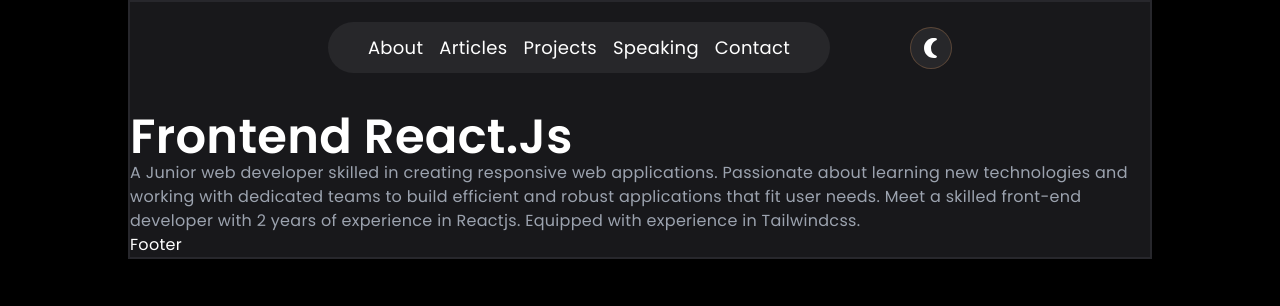
Repository: Wafaabahgat/Portfolio
Page: /
The author's editor kept a copy of each file at every save. The page is drawn from the files as they stood at one save, then again after a run of saves.
The browser window is 1280 px wide. The pictures show the whole page.
The project was rebuilt for these pictures with package versions that can differ from the ones it lists, and the page was loaded fresh each time. Also part of the build but not shown: vite.config.ts, src/App.css, src/ErrorPage.tsx.

Above is the page before, as saved 2023-12-08 03:07:03.

### index.html
<!DOCTYPE html>
<html lang="en">
  <head>
    <meta charset="UTF-8" />
    <link rel="icon" type="image/svg+xml" href="/vite.svg" />
    <meta name="viewport" content="width=device-width, initial-scale=1.0" />
    <link rel="preconnect" href="https://fonts.googleapis.com" />
    <link rel="preconnect" href="https://fonts.gstatic.com" crossorigin />
    <link
      href="https://fonts.googleapis.com/css2?family=Poppins:wght@200;300;400;500;600;700;800&display=swap"
      rel="stylesheet"
    />
    <title>My Portfilio</title>
  </head>
  <body>
    <div id="root"></div>
    <script type="module" src="/src/main.tsx"></script>
  </body>
</html>

### src/main.tsx
import { RouterProvider } from "react-router-dom";
import ReactDOM from "react-dom/client";
import "./index.css";
import router from "./App";

ReactDOM.createRoot(document.getElementById("root")!).render(
  <RouterProvider router={router} />
);

### src/index.css
@tailwind base;
@tailwind components;
@tailwind utilities;

* {
  font-family: "Poppins", sans-serif;
  letter-spacing: 0.3px;
}

:root {
  --primary: #000;
  --secondary: rgb(24 24 27);
  --border: rgb(63, 63, 70, 0.4);
}
.light {
  --primary: #fff;
}

body {
  background-color: var(--primary);
  color: #fff;
}

html {
  /* max-width: 2000px; */
  margin: 0;
  padding: 0;
}

.container {
  width: 80%;
  margin-left: auto;
  margin-right: auto;
  background-color: var(--secondary);
  border: 2px solid var(--border);
}
.line {
  border: 1px solid var(--border);
  margin: 1rem 0;
}

li {
  list-style: none;
}
a {
  text-decoration: none;
  transition: 0.3;
}
.border-li:last-child {
  border: none;
}

### src/App.tsx
import "./App.css";
import { createBrowserRouter } from "react-router-dom";
// import Root from "@pages/root";
import Root from "./pages/root";

import { Home } from "./pages/index";
import ErrorPage from "./ErrorPage";

const router = createBrowserRouter([
  {
    path: "/",
    element: <Root />,
    errorElement: <ErrorPage />,
    children: [
      {
        index: true,
        path: "/",
        element: <Home />,
      },
    ],
  },
]);

export default router;

### src/pages/root.tsx
import { Outlet } from "react-router-dom";
import Header from "../components/layouts/Header";
import Footer from "../components/layouts/Footer";

const Root = () => {
  return (
    <div className="container">
      <Header />
      <Outlet />
      <Footer />
    </div>
  );
};

export default Root;

### src/components/layouts/Header.tsx
import { FC, useState } from "react";
import { MdNightlightRound } from "react-icons/md";
import { SlMenu } from "react-icons/sl";
import { IoMdClose } from "react-icons/io";

interface HeaderProps {}

const links = [
  {
    href: "/about",
    name: "about",
  },
  {
    href: "/articles",
    name: "articles",
  },
  {
    href: "/projects",
    name: "projects",
  },
  {
    href: "/speaking",
    name: "speaking",
  },
  {
    href: "/contact",
    name: "contact",
  },
];

const Header: FC<HeaderProps> = () => {
  const [showMenu, setShowMenu] = useState(false);

  return (
    <>
      <div className="mt-5">
        <div className="flex items-center justify-center md:gap-20 gap-4">
          <nav className="">
            <ul className="md:flex hidden py-3 gap-4 px-10 bg-bg-header rounded-full ">
              {links?.map((e, i) => (
                <li
                  key={i}
                  className="capitalize md:text-[18px] text-[14px] mx-auto hover:text-main-light hover:text-[20px]"
                >
                  <a href={e?.href}>{e?.name}</a>
                </li>
              ))}
            </ul>
          </nav>
          <button
            onClick={() => {
              setShowMenu(true);
            }}
            className="flex md:hidden text-xl border-border-menu border justify-center items-center bg-bg-header rounded-full w-[42px] h-[42px]"
          >
            <SlMenu className="" />
          </button>
          <div className="bg-bg-header text-2xl cursor-pointer border border-border-menu rounded-full w-[42px] h-[42px] flex items-center justify-center">
            <MdNightlightRound />
          </div>
        </div>
        {showMenu && (
          <div className="fixed py-3 z-11 inset-0 max-w-[85%] max-h-[48%] mt-10 bg-bg-menu mx-auto rounded-2xl">
            <span className="flex justify-end mr-4">
              <button
                onClick={() => {
                  setShowMenu(false);
                }}
                className="bg-white text-lg hover:translate-x-2 text-bg-header rounded-sm p-1"
              >
                <IoMdClose />
              </button>
            </span>
            <ul className="">
              {links?.map((e, i) => (
                <li
                  key={i}
                  className="capitalize text-[20px] text-start px-10 py-3 border-li border-b border-bg-border hover:text-main-light hover:text-[25px]"
                >
                  <a href={e?.href}>{e?.name}</a>
                </li>
              ))}
            </ul>
          </div>
        )}
      </div>
    </>
  );
};

export default Header;

### src/components/layouts/Footer.tsx
import { FC } from "react";

interface FooterProps {}

const Footer: FC<FooterProps> = () => {
  return (
    <>
      <div>Footer</div>
    </>
  );
};

export default Footer;

### src/pages/Home.tsx
import { FC } from "react";
import Hero from "../components/home/Hero";

interface HomeProps {}

const Home: FC<HomeProps> = () => {
  return (
    <>
      <div className="">
        <Hero />
      </div>
    </>
  );
};

export default Home;

### src/components/home/Hero.tsx
import { FC } from "react";

interface HeroProps {}

const Hero: FC<HeroProps> = () => {
  return (
    <>
      <div className="mt-10">
        <div>
          <h1 className="text-white font-semibold text-5xl capitalize">
            frontend react.js
          </h1>
          <p className=" text-gray-400 text-md">
            A Junior web developer skilled in creating responsive web
            applications. Passionate about learning new technologies and working
            with dedicated teams to build efficient and robust applications that
            fit user needs. Meet a skilled front-end developer with 2 years of
            experience in Reactjs. Equipped with experience in Tailwindcss.
          </p>
        </div>
      </div>
    </>
  );
};

export default Hero;

### tailwind.config.js
/** @type {import('tailwindcss').Config} */
export default {
  content: ["./index.html", "./src/**/*.{js,ts,jsx,tsx}"],
  darkMode: "class",
  theme: {
    extend: {
      colors: {
        main: "#252466",
        "main-light": "#3873FF",
        "text-primary": "#000",
        "bg-header": "rgb(39, 39, 42)",
        "bg-menu": "rgba(40,40, 48, 0.91)",
        "bg-border": "rgb(63, 63, 70, 0.4)",
        "border-menu": "rgb(244, 165, 96, 0.249)",
        // "sub-dark": "#252466",
        // "main-dark": "#41427D",
        // "text-color": "#FCFCFC",
        // "text-gray": "#667085",
        // "text-primary": "#9795B5",
      },
      // gridTemplateColumns: {
      //   prod: "repeat(auto-fit, minmax(130px, 1fr))",
      //   plog: "repeat(auto-fit, minmax(300px, 1fr))",
      // },
    },
  },
  plugins: [],
};

Loaded but not shown: src/pages/index.ts (common file)

After the next 3 saves:
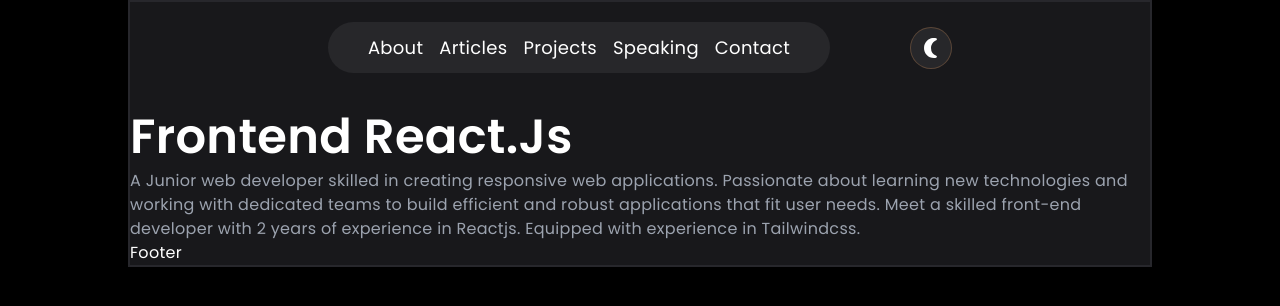
The 3 saves are shown as one change because they came seconds apart.
The last was saved 12 s later.
--- a/src/components/home/Hero.tsx
+++ b/src/components/home/Hero.tsx
@@ -7,7 +7,7 @@
     <>
       <div className="mt-10">
         <div>
-          <h1 className="text-white font-semibold text-5xl capitalize">
+          <h1 className="text-white font-semibold text-5xl mb-2 capitalize">
             frontend react.js
           </h1>
           <p className=" text-gray-400 text-md">
